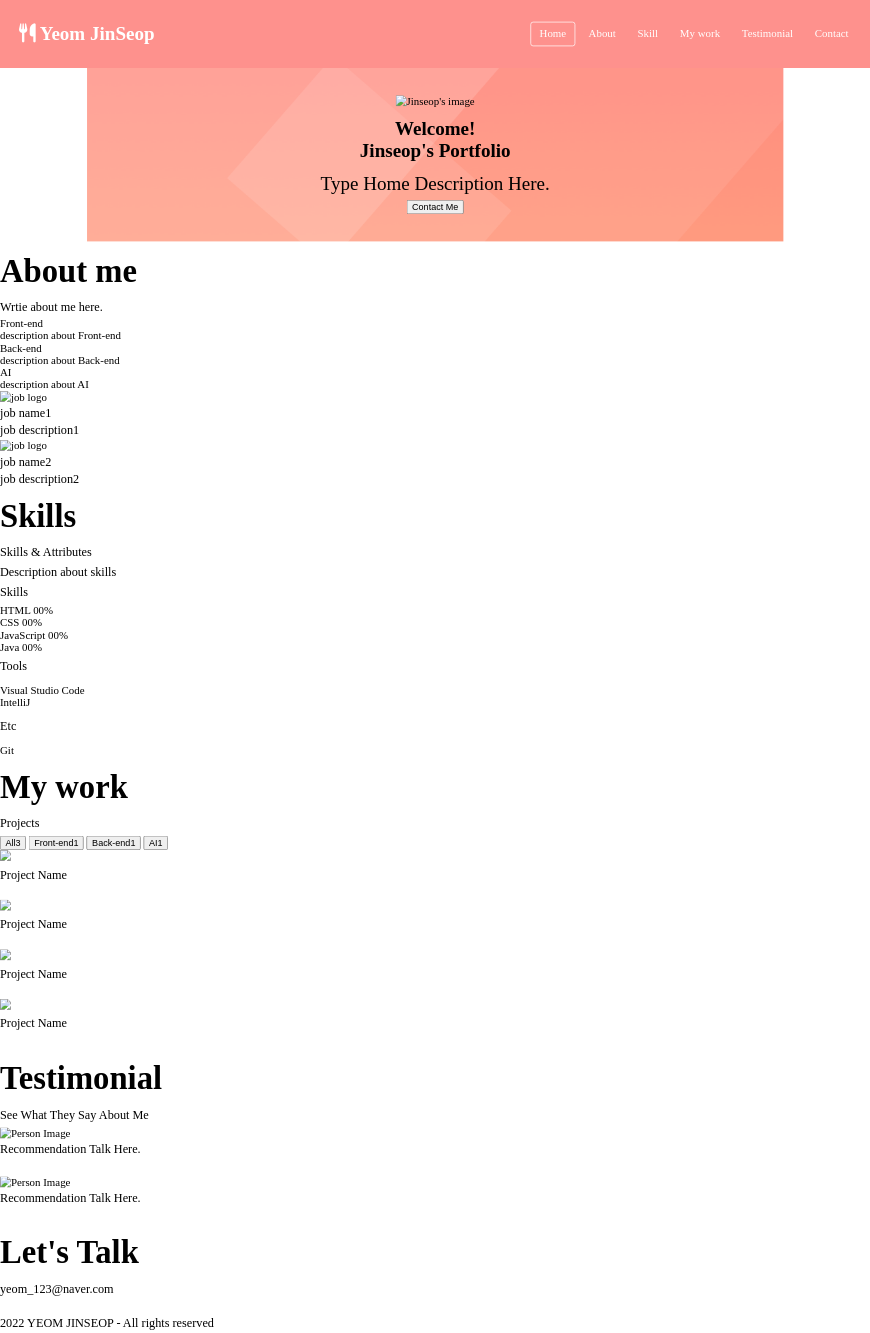
Repository: YEOMJINSEOP/yeomjinseop.github.io
Page: index.html
These files come from the project's save history. The page is drawn as it stood at one moment and after the next save; the edit follows.
The browser window is 1280 px wide. The pictures show the whole page, at 68% of full size.
Some web libraries are served in a nearby version.

Above is the page before, as saved 2022-08-14 11:42:19.

### index.html
<!DOCTYPE html>
<html lang="en">
<head>
  <meta charset="UTF-8">
  <meta http-equiv="X-UA-Compatible" content="IE=edge">
  <meta name="viewport" content="width=device-width, initial-scale=1.0">
  <title>Jinseop's Portfolio</title>
  <meta name="author" content="Jinseop Yeom">
  <meta name="description" content="Portfolio Website For Jinseop Yeom">

  <!--Logo Image-->
  <link rel="icon" type="image/png" href="images/favicon.png">


  <!--Font Awesome-->
  <script src="https://kit.fontawesome.com/d24b25bb21.js" crossorigin="anonymous"></script>

  <!--Google Fonts-->
  <link rel="preconnect" href="https://fonts.googleapis.com">
  <link rel="preconnect" href="https://fonts.gstatic.com" crossorigin>
  <link href="https://fonts.googleapis.com/css2?family=Open+Sans:wght@400;600;700&display=swap" rel="stylesheet">

  <!--CSS-->
  <link rel="stylesheet" href="style.css">

  <!--JavaScript-->
  <script src="main.js" defer></script>

</head>
<body>
  <!--Navbar-->
  <nav id="navbar">
    <div class="navbar__logo">
      <i class="fa-solid fa-utensils"></i>
      <a href="#">Yeom JinSeop</a>
    </div>
    <div>
      <ul class="navbar__menu">
        <li class="navbar__menu__item active">Home</li>
        <li class="navbar__menu__item">About</li>
        <li class="navbar__menu__item">Skill</li>
        <li class="navbar__menu__item">My work</li>
        <li class="navbar__menu__item">Testimonial</li>
        <li class="navbar__menu__item">Contact</li>
      </ul>
    </div>
  </nav>

  <!-- Home -->
  <section id="home">
    <img src="" alt="Jinseop's image" class="home__avatar">
    <h1 class="home__title">Welcome! <br/> Jinseop's Portfolio</h1>
    <h3 class="home__description">Type Home Description Here.</h3>
    <button class="home__button">Contact Me</button>
  </section>

  <!--About-->
  <section id="about">
    <h1>About me</h1>
    <p>Wrtie about me here.</p>
    <div class="about__majors">
      <div class="major">
        <div class="major__icon">

        </div>
        <div class="major__title">
          Front-end
        </div>
        <div class="major__description">
          description about Front-end
        </div>
      </div>
    </div>
    <div class="about__majors">
      <div class="major">
        <div class="major__icon">

        </div>
        <div class="major__title">
          Back-end
        </div>
        <div class="major__description">
          description about Back-end
        </div>
      </div>
    </div>
    <div class="about__majors">
      <div class="major">
        <div class="major__icon">

        </div>
        <div class="major__title">
          AI
        </div>
        <div class="major__description">
          description about AI
        </div>
      </div>
    </div>
    <div class="about__jobs">
      <div class="job">
        <img src="" alt="job logo" class="job__logo">
        <p class="job__name">job name1</p>
        <p class="job__description">job description1</p>
      </div>
      <div class="job">
        <img src="" alt="job logo" class="job__logo">
        <p class="job__name">job name2</p>
        <p class="job__description">job description2</p>
      </div>
    </div>
  </section>

  <!--Skills-->
  <section id="skills">
    <h1>Skills</h1>
    <h3>Skills & Attributes</h3>
    <p>Description about skills</p>
    <div class="skillset">
      <div class="skillset__left">
        <h3 class="skillset__title">Skills</h3>
        <div class="skill">
          <div class="skill_description">
            <span>HTML</span>
            <span>00%</span>
          </div>

          <div class="skill__bar">
            <div class="skill__value"></div>
          </div>
        </div>

        <div class="skill">
          <div class="skill_description">
            <span>CSS</span>
            <span>00%</span>
          </div>

          <div class="skill__bar">
            <div class="skill__value"></div>
          </div>

          <div class="skill">
            <div class="skill_description">
              <span>JavaScript</span>
              <span>00%</span>
            </div>

            <div class="skill__bar">
              <div class="skill__value"></div>
            </div>
          </div>
        </div>

        <div class="skill">
          <div class="skill_description">
            <span>Java</span>
            <span>00%</span>
          </div>

          <div class="skill__bar">
            <div class="skill__value"></div>
          </div>
        </div>
      </div>
      <div class="skillset_right">
        <div class="tools">
          <h3 class="skillset__title">Tools</h3>
          <ul class="tools_list">
            <li><span>Visual Studio Code</span></li>
            <li><span>IntelliJ</span></li>
          </ul>
        </div>

        <div class="etc">
          <h3 class="skillset__title">Etc</h3>
          <ul class="etc__list">
            <li><span>Git</span></li>
          </ul>
        </div>

      </div>
    </div>
  </section>

  <!--Work-->
  <section id="work">
    <h1>My work</h1>
    <h3>Projects</h3>
    <div class="work__categories">
      <button class="category__btn">All<span class="category__count">3</span></button>
      <button class="category__btn">Front-end<span class="category__count">1</span></button>
      <button class="category__btn">Back-end<span class="category__count">1</span></button>
      <button class="category__btn">AI<span class="category__count">1</span></button>
    </div>

    <div class="work__projects">
      <a href="#" class="project" target="blank">
        <img src="" alt="project image" class="project__image">
        <div class="project__description">
          <h3>Project Name</h3>
          <span>Description about Project</span>
        </div>
      </a>

      <a href="#" class="project" target="blank">
        <img src="" alt="project image" class="project__image">
        <div class="project__description">
          <h3>Project Name</h3>
          <span>Description about Project</span>
        </div>
      </a>

      <a href="#" class="project" target="blank">
        <img src="" alt="project image" class="project__image">
        <div class="project__description">
          <h3>Project Name</h3>
          <span>Description about Project</span>
        </div>
      </a>

      <a href="#" class="project" target="blank">
        <img src="" alt="project image" class="project__image">
        <div class="project__description">
          <h3>Project Name</h3>
          <span>Description about Project</span>
        </div>
      </a>
    </div>
  </section>

  <!--Testimonial-->
  <section id="testimonial">
    <h1>Testimonial</h1>
    <h3>See What They Say About Me</h3>
    <div class="testimonials">
      <div class="testimonial">
        <img src="" alt="Person Image" class="testimonial__avatar">
        <div class="testimonial__speech_bubble">
          <p>Recommendation Talk Here.</p>
          <p class="name"><a href="#">Professor A</a></p>
        </div>
      </div>

      <div class="testimonial">
        <img src="" alt="Person Image" class="testimonial__avatar">
        <div class="testimonial__speech_bubble">
          <p>Recommendation Talk Here.</p>
          <p class="name"><a href="#">Professor A</a></p>
        </div>
      </div>
    </div>
  </section>

  <!--Contact-->
  <section id="contact">
    <h1>Let's Talk</h1>
    <h3>yeom_123@naver.com</h3>
    <div class="contact_links">
      <a href="#" target="blank">
        <i class = "fab fa-github"></i>
      </a>

      <a href="#" target="blank">
        <i class = "fa fa-linkedin-square"></i>
      </a>
    </div>
    <p class="contact_rights">
      2022 YEOM JINSEOP - All rights reserved
    </p>
  </section>
</body>
</html>

### style.css
 /* Global */

 :root{
  /* Color */
  --color-white: #ffffff;
  --color-light-white: #eeeeee;
  --color-dark-whtie: #bdbdbd;
  --color-pink: #fe918d;
  --color-dark-pink: #ff6863;
  --color-black: #4d4d4d;
  --color-grey: #616161;
  --color-light-gray: #7c7979;
  --color-blue: #73aace;
  --color-yellow: #fff7d1;
  --color-orange: #feb546;
  --color-black: #000000;

  /* Font size */
  --font-large: 48px;
  --font-medium: 28px;
  --font-regular: 18px;
  --font-small: 16px;
  --font-micro: 14px;


  /* Font Weight */
  --weight-bold: 700;
  --weight-semi-bold: 600;
  --weight-regular: 400;

  /* Size */
  --size-border-radius: 4px;

 }

 /* Universal tages */
 * {
  box-sizing: border-box;
 }

 body{
  margin: 0;
  font-family:'Gill Sans', 'Gill Sans MT', Calibri, 'Trebuchet MS', sans-serif
  cursor: default;
}

 a{
  text-decoration: none;
  color: var(--color-white);
 }

 ul{
  list-style: none;
  padding-left: 0;
 }



 /* Typography */

 h1{
  font-size: var(--font-large);
  font-weight: var(--weight-bold);
  color: var(--color-black);
  margin: 16px 0;
 }

 h2{
  font-size: var(--font-medium);
  font-weight: var(--weight-semi-bold);
  color: var(--color-black);
  margin: 8px 0;
 }

 h3{
  font-size: var(--font-regular);
  font-weight: var(--weight-regular);
  color: var(--color-black);
  margin: 8px 0;
 }

 p{
  font-size: var(--font-regular);
  font-weight:  var(--font-regular);
  color: var(--color-black);
  margin: 4px 0;
 }

 /* Body  */

 /* Nav */
 #navbar{
  display: flex;
  justify-content: space-between;
  align-items: center;
  background-color: var(--color-pink);
  color: var(--color-white);
  padding: 16px;
 }

 .navbar__logo{
  font-size: var(--font-medium);
  font-weight: var(--weight-semi-bold);
  padding: 8px 12px;
 }

 .navbar__menu{
  display: flex;
  font-size: var(--font-small);
  font-weight: var(--weight-regular);
 }

 .navbar__menu__item.active{
  border: 1px solid white;
 }

 .navbar__menu__item{
  padding: 8px 12px;
  margin: 0 4px;
  border-radius: var(--size-border-radius);
  cursor: pointer;
 }

 .navbar__menu__item:hover{
  background-color: var(--color-dark-pink);
 }

 /* Home */

 #home{
  background: url('/images/homebackground.png');
  background-position: center;
  background-repeat: no-repeat;
  padding: 40px;
  text-align: center;
 }

 .home__avatar{

  width: 250px;
  height: 250px;
 }

 .home__title,
 .home__description{
  font-size: var(--font-medium);
 }

Loaded but not shown: main.js (no copy from this time; the picture is the same without it)

After the next save:
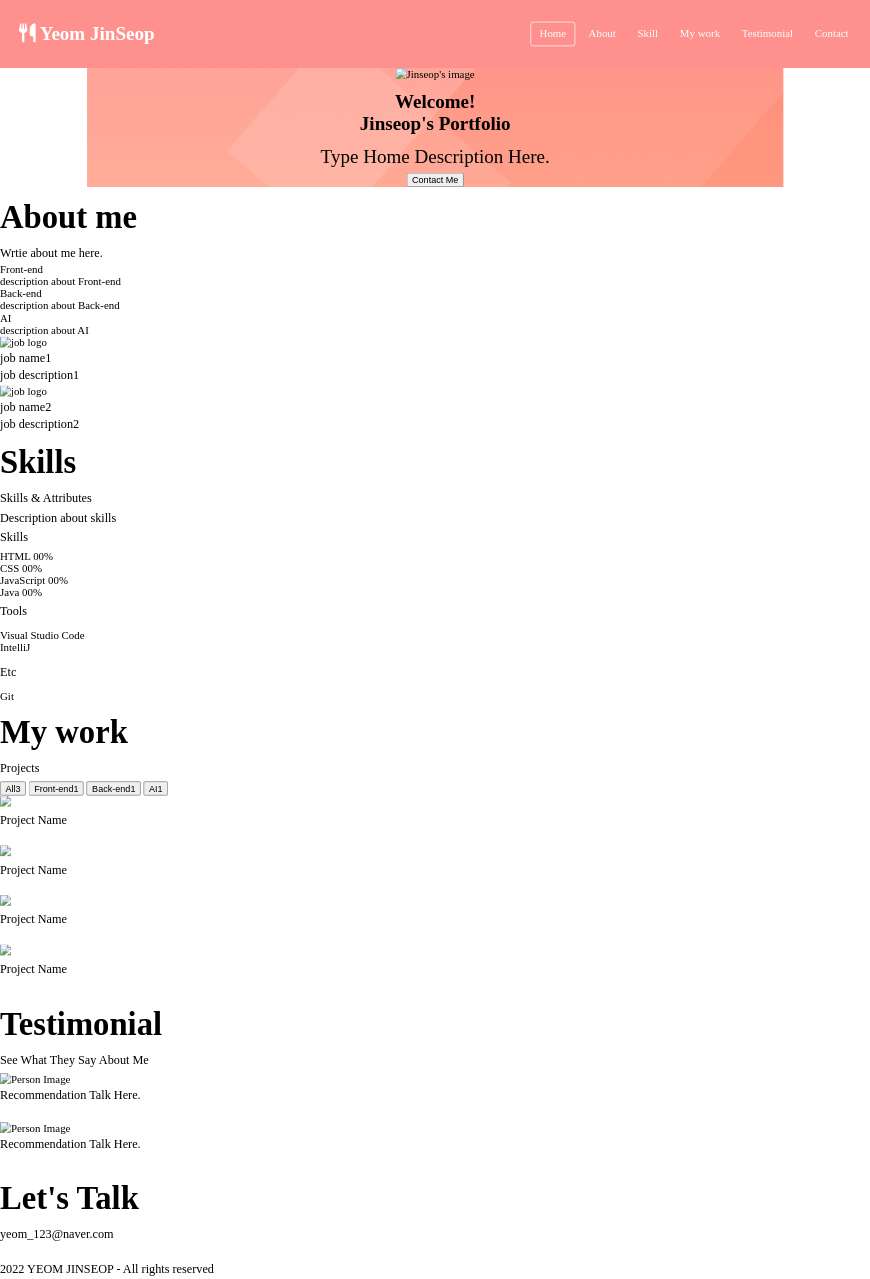
Saved 17 s later.
--- a/style.css
+++ b/style.css
@@ -128,9 +128,10 @@
  /* Home */
 
  #home{
-  background: url('/images/homebackground.png');
+  background-image: url('/images/homebackground.png');
   background-position: center;
   background-repeat: no-repeat;
+  backgr
   padding: 40px;
   text-align: center;
  }

After the save that followed:
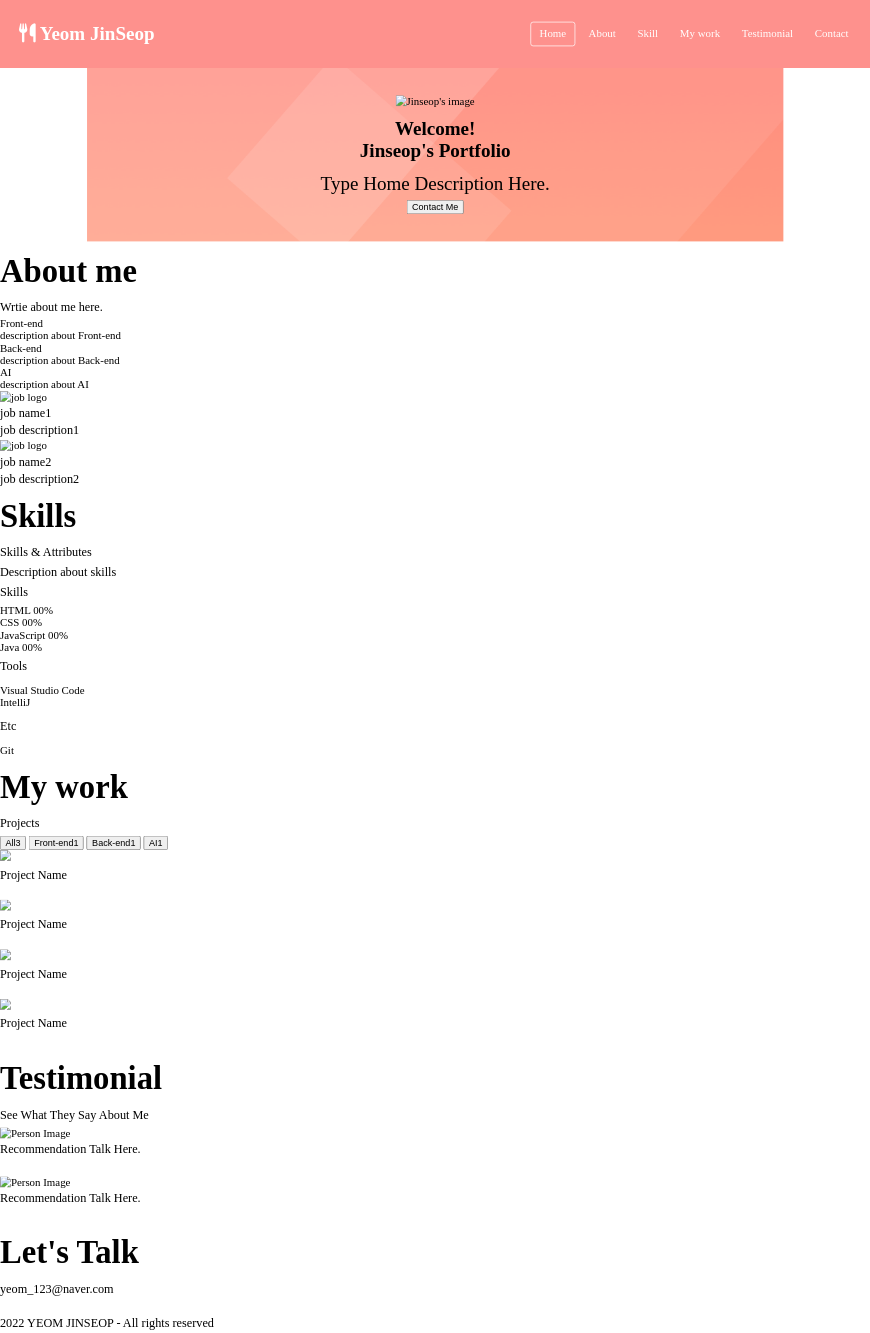
Saved 17 s later.
--- a/style.css
+++ b/style.css
@@ -131,7 +131,6 @@
   background-image: url('/images/homebackground.png');
   background-position: center;
   background-repeat: no-repeat;
-  backgr
   padding: 40px;
   text-align: center;
  }
